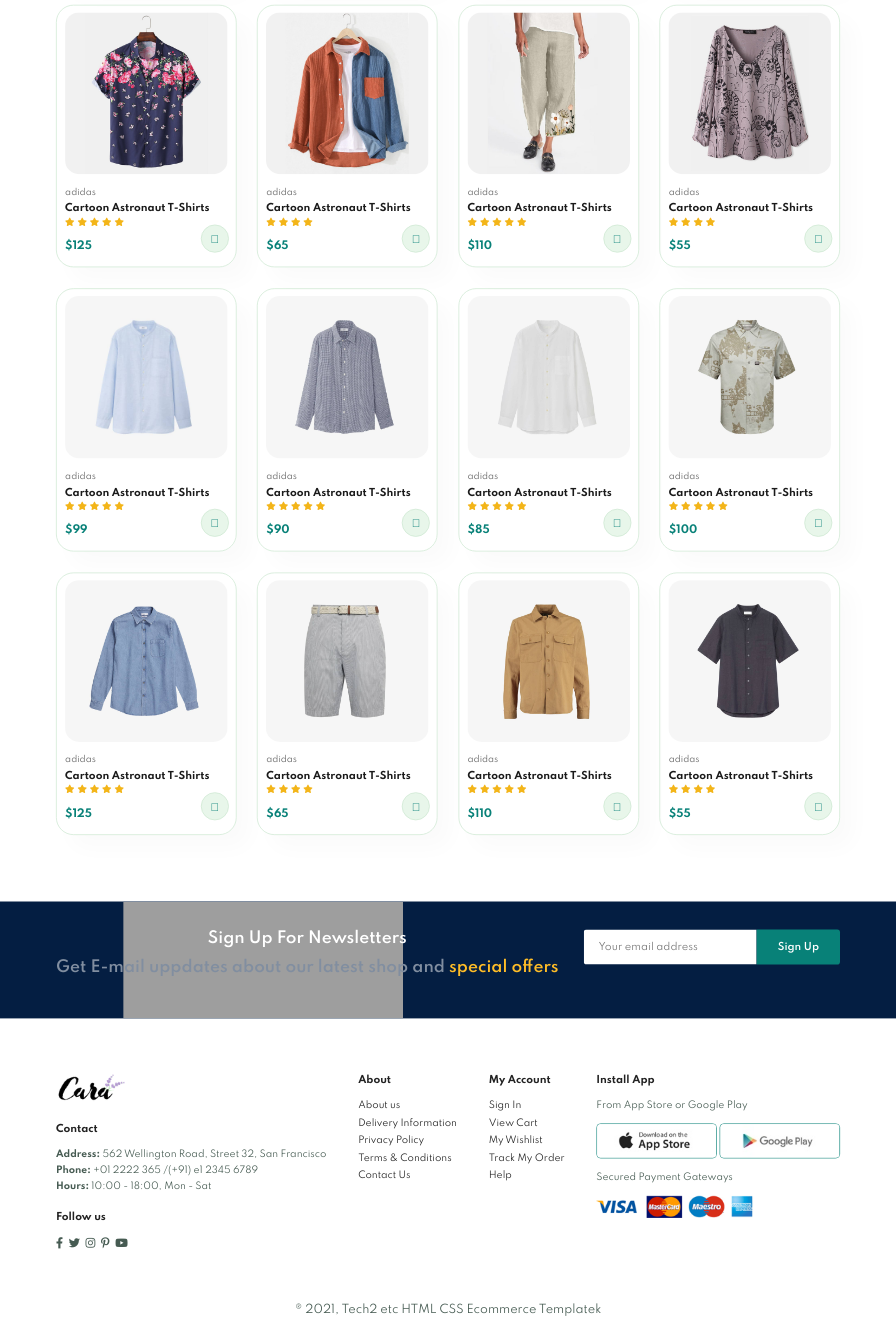
Repository: MinhNhatIT2901/Ecommerce
Page: shop.html
These files come from the project's save history. The page is drawn as it stood at one moment and after the next save; the edit follows.
The browser window is 1280 px wide. The pictures show the part of the page from y = 847 to 2767 px (the page is 2748 px tall before and 2767 px after), at 70% of full size.
Pictures or frames that could not be fetched are drawn as grey boxes. Some web libraries are served in a nearby version.

Above is the page before, as saved 2022-01-08 21:09:55.

After the next save:
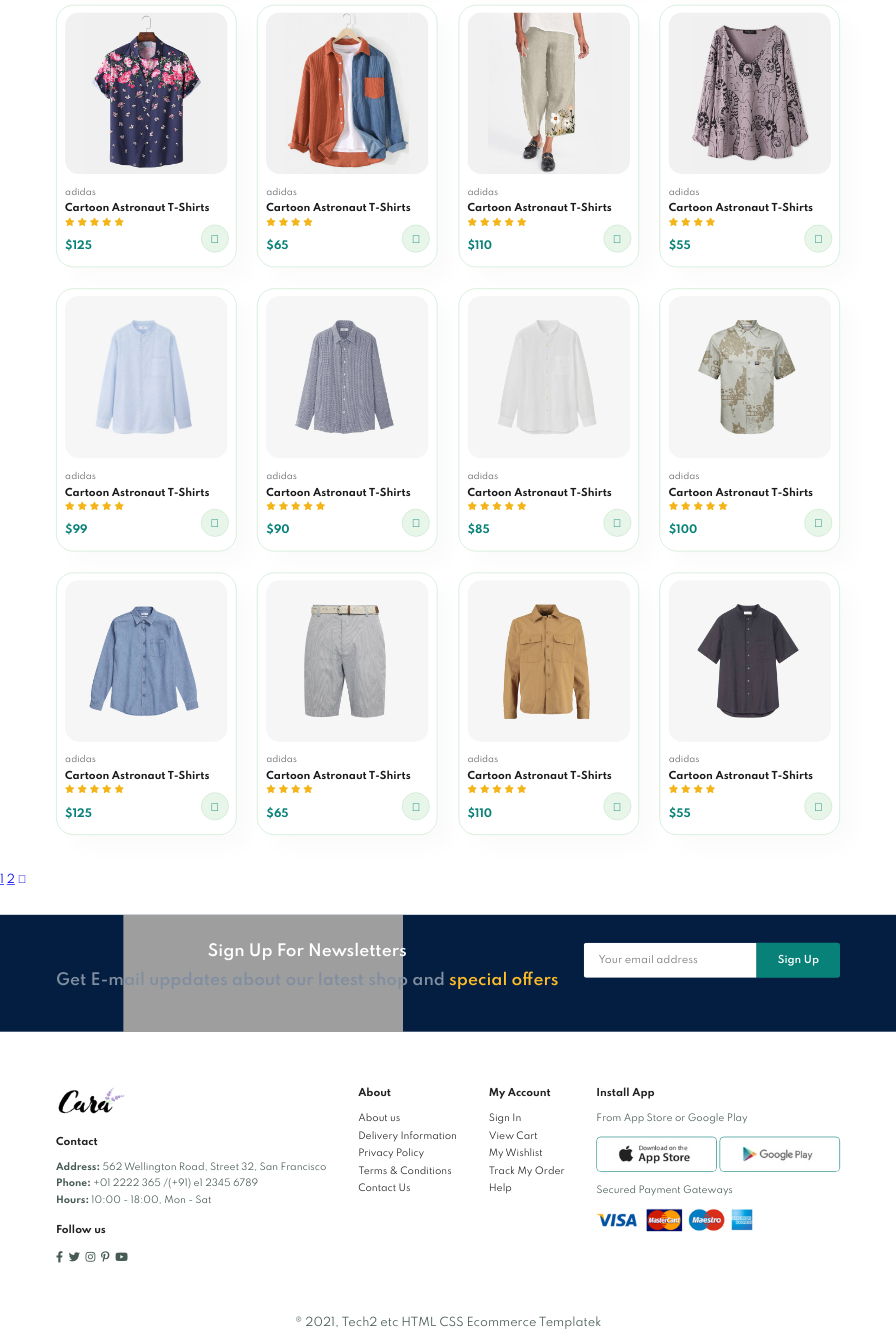
Saved 115 s later.
--- a/shop.html
+++ b/shop.html
@@ -297,6 +297,12 @@
         </div>
     </section>
 
+    <section id="pagination">
+        <a href="#">1</a>
+        <a href="#">2</a>
+        <a href="#"><i class="fal fa-long-arrow-alt-right"></i></a>
+    </section>
+
     <section id="newsletter" class="section-p1 section-m1">
         <div class="newstext">
             <h4>Sign Up For Newsletters</h4>
